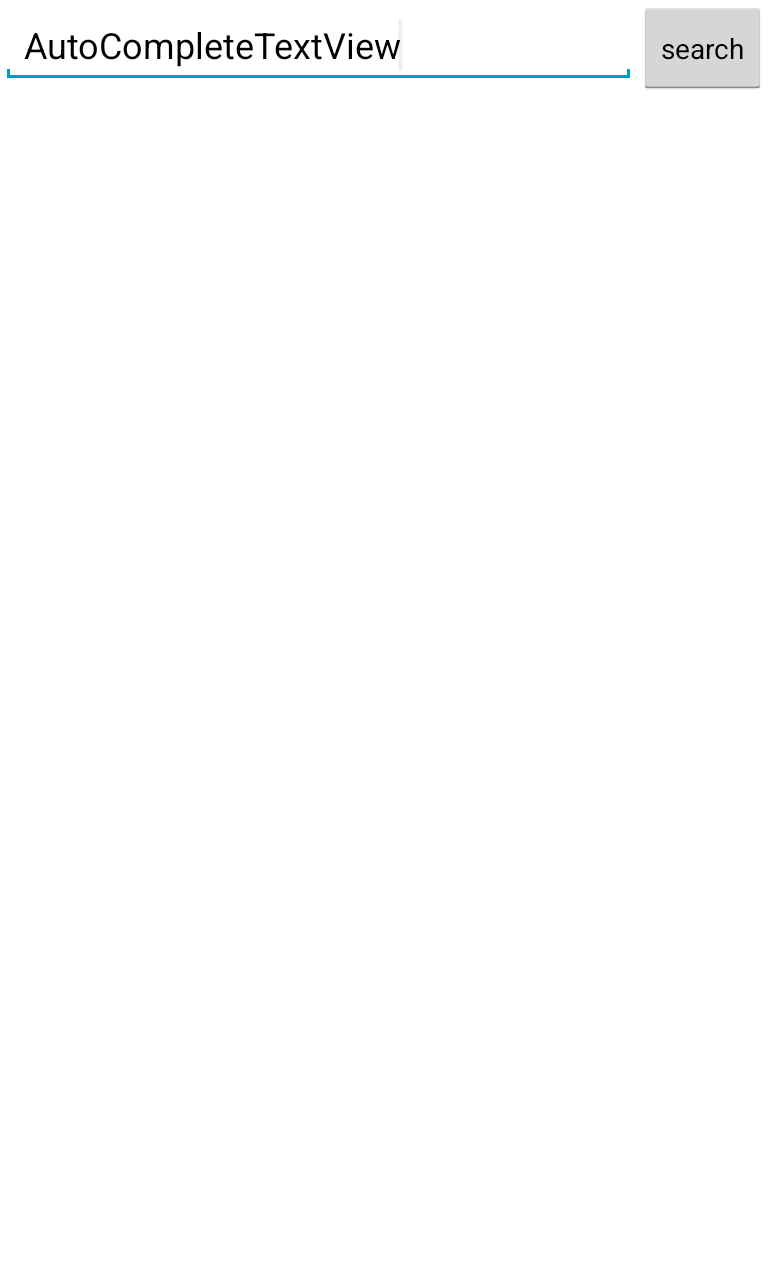
Repository: KnightFreedom/cookcook
Layout: client/CookCook/res/layout/browse_activity.xml
The author's editor kept a copy of each file at every save. The layout is drawn from the files as they stood at one save, then again after the next save.
It is drawn on a 768 x 1280 px phone screen (xhdpi) without system bars, with theme AppTheme; the app's code is not run.

Above is the layout before, as saved 2017-05-10 06:00:09.

### client/CookCook/res/layout/browse_activity.xml
<?xml version="1.0" encoding="utf-8"?>
<ScrollView xmlns:android="http://schemas.android.com/apk/res/android"
    android:layout_width="match_parent"
    android:layout_height="match_parent" >

    <LinearLayout
        android:layout_width="match_parent"
        android:layout_height="match_parent"
        android:orientation="horizontal" >

        <AutoCompleteTextView
            android:id="@+id/autoCompleteTextView1"
            android:layout_width="232dp"
            android:layout_height="wrap_content"
            android:layout_weight="0.45"
            android:ems="10"
            android:text="AutoCompleteTextView" >

            <requestFocus />
        </AutoCompleteTextView>

        <Button
            android:id="@+id/searchBtn"
            style="?android:attr/buttonStyleSmall"
            android:layout_width="wrap_content"
            android:layout_height="wrap_content"
            android:text="search" />
    </LinearLayout>

</ScrollView>

Loaded but not shown: client/CookCook/res/values/styles.xml (common file); client/CookCook/res/values-v11/styles.xml (common file); client/CookCook/res/values-v14/styles.xml (common file)

After the next save:
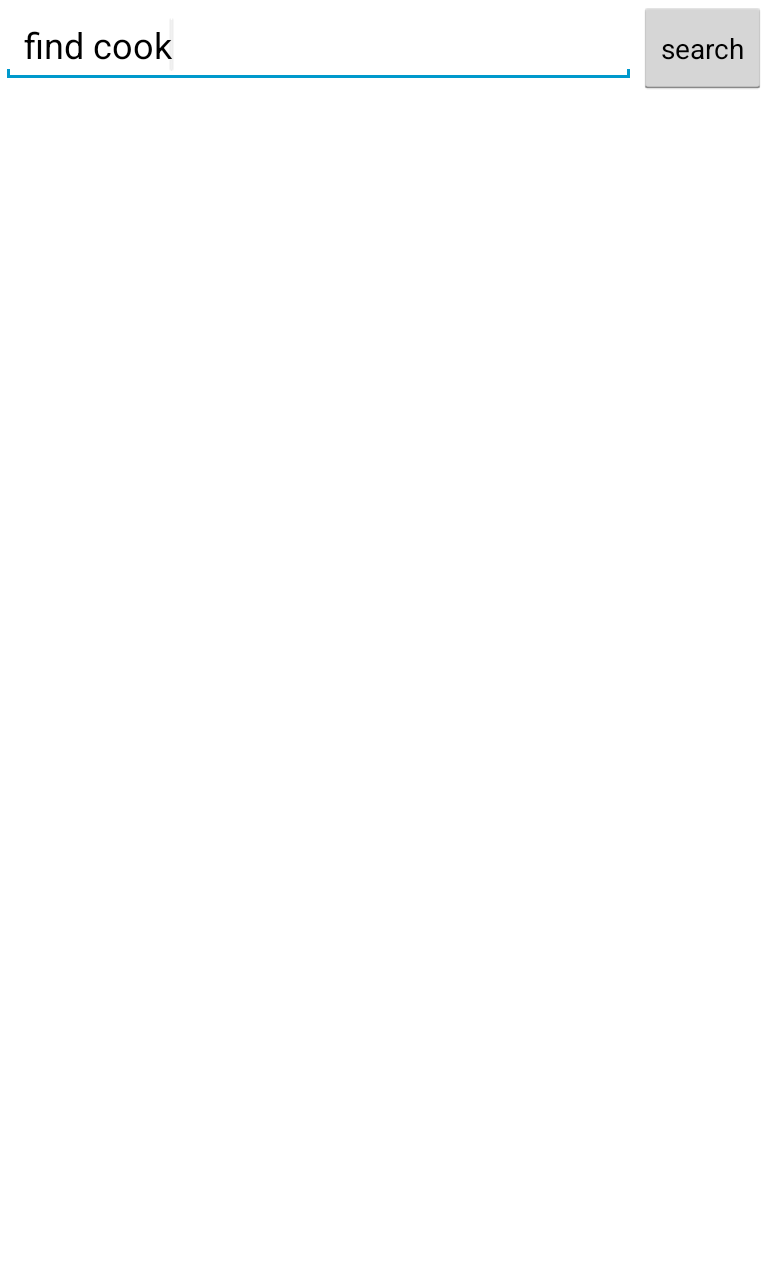
Saved 9 s later.
--- a/client/CookCook/res/layout/browse_activity.xml
+++ b/client/CookCook/res/layout/browse_activity.xml
@@ -14,7 +14,7 @@
             android:layout_height="wrap_content"
             android:layout_weight="0.45"
             android:ems="10"
-            android:text="AutoCompleteTextView" >
+            android:text="find cook" >
 
             <requestFocus />
         </AutoCompleteTextView>
